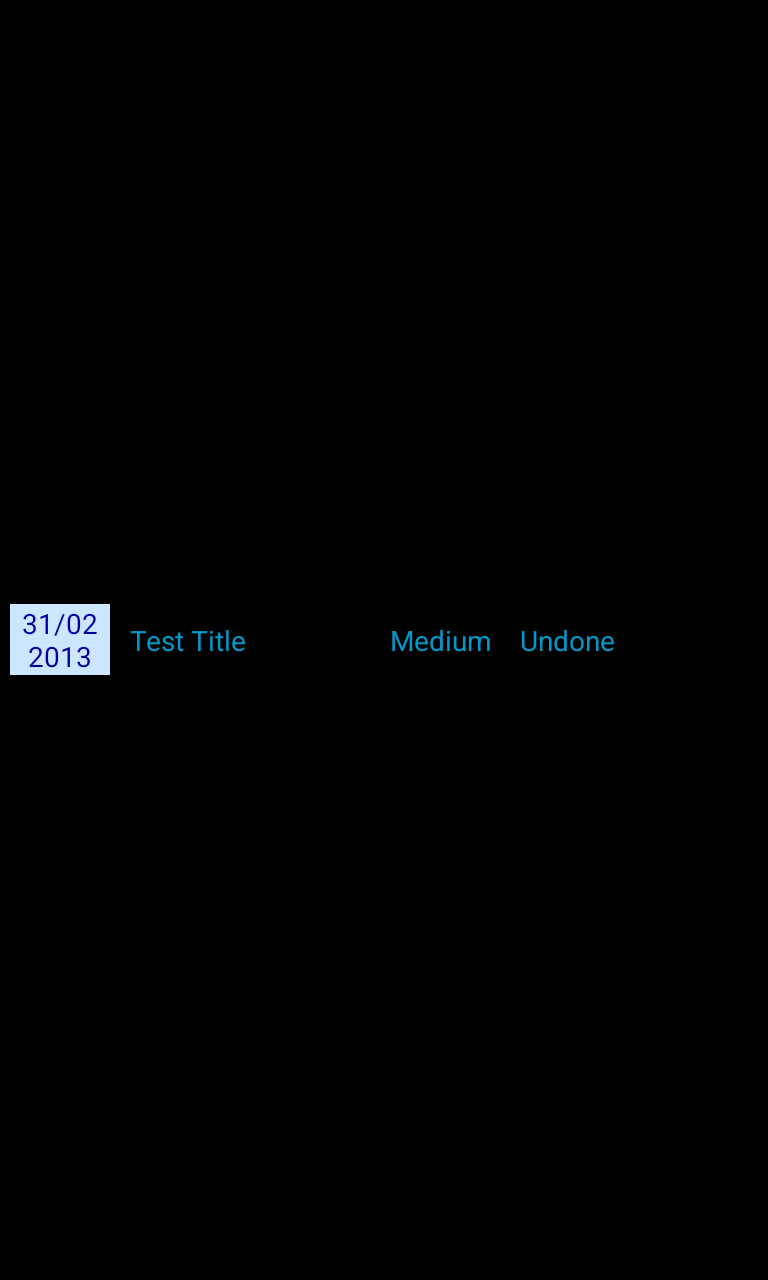
Repository: titango/androidass1
Layout: uTask/res/layout/task_list_item.xml
The author's editor kept a copy of each file at every save. The layout is drawn from the files as they stood at one save, then again after the next save.
It is drawn on a 768 x 1280 px phone screen (xhdpi) without system bars, with theme NoActionBar; the app's code is not run.

Above is the layout before, as saved 2013-03-31 23:42:00.

After the next save:
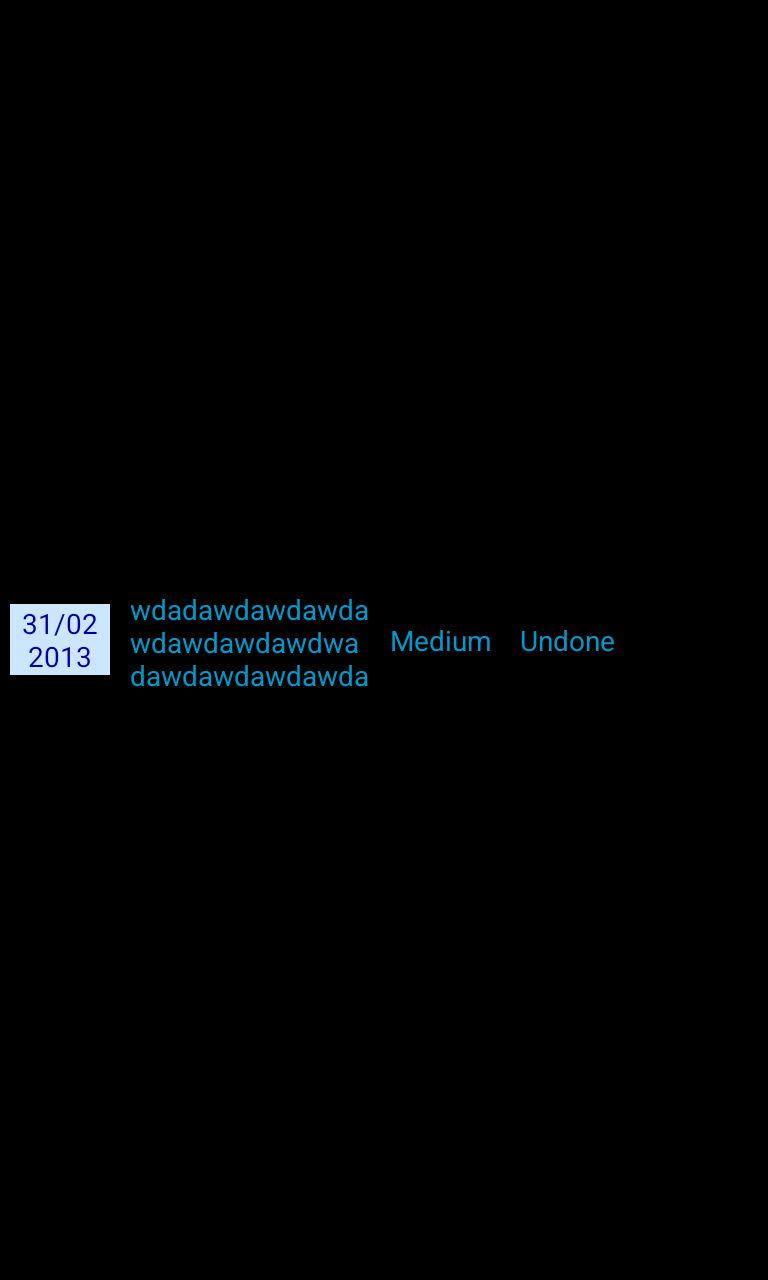
Saved 23 s later.
--- a/uTask/res/layout/task_list_item.xml
+++ b/uTask/res/layout/task_list_item.xml
@@ -20,9 +20,9 @@
     <TextView
         android:id="@+id/task_list_item_title"
         android:layout_width="120dp"
-        android:layout_height="wrap_content"
+        android:layout_height="50dp"
         android:layout_marginLeft="10dp"
-        android:text="Test Title"
+        android:text="wdadawdawdawdawdawdawdawdwadawdawdawdawdawdawdawdawdawdaw"
         android:textColor="#0099CC" >
     </TextView>
 
